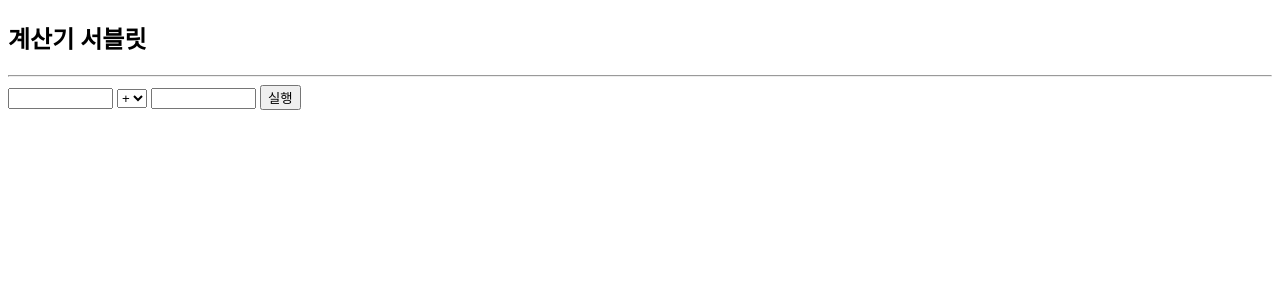
Repository: VvsJaemin/jsp-spring
Page: jwbook/src/main/webapp/ch07/calcForm.html
An editor plug-in stored every save of this project. The page is shown before and after the next save, followed by the edit.
The browser window is 1280 px wide. The pictures show the whole page.

Above is the page before, as saved 2021-12-20 13:12:22.

After the next save:
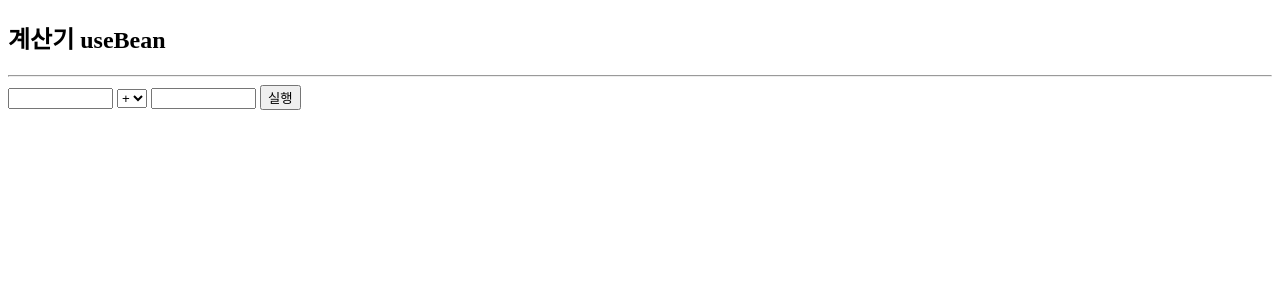
Saved 4 min 27 s later.
--- a/jwbook/src/main/webapp/ch07/calcForm.html
+++ b/jwbook/src/main/webapp/ch07/calcForm.html
@@ -5,9 +5,9 @@
 <title>Insert title here</title>
 </head>
 <body>
-	<h2>계산기 서블릿</h2>
+	<h2>계산기 useBean</h2>
 	<hr>
-	<form method="post" action="/jwbook/calc">
+	<form method="post" action="calc.jsp">
 		<input type="text" name="n1" size="10">
 		<select name="op">
 			<option>+</option>
